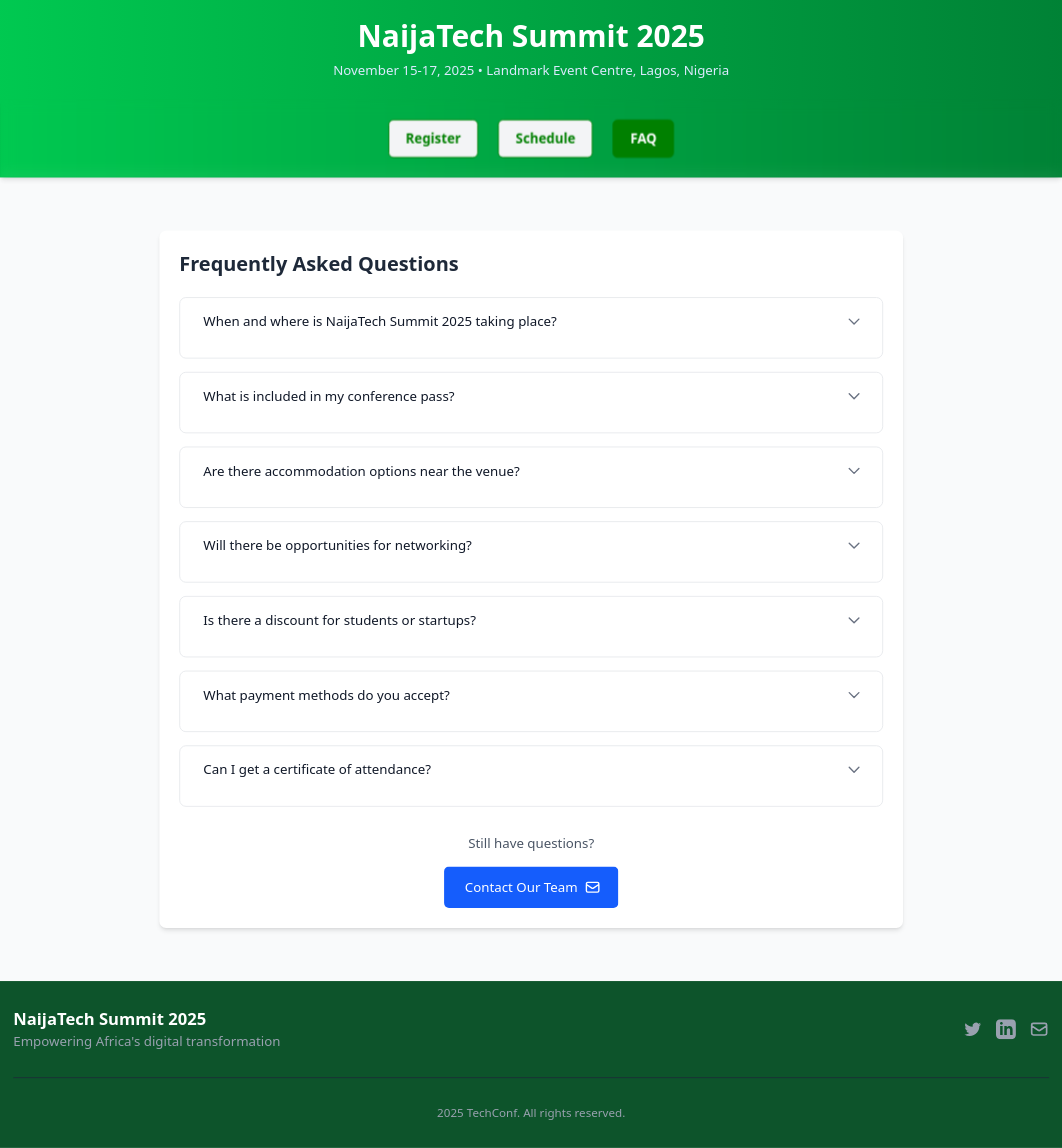
Repository: AYANO-EMMANUEL/fictional-tech-conf-event
Page: /, after clicking the first element matching `div.flex > :nth-child(3)`
The author's editor kept a copy of each file at every save. The page is drawn from the files as they stood at one save, then again after the next save.
The browser window is 1280 px wide. The pictures show the whole page, at 83% of full size.
The project was rebuilt for these pictures with package versions that can differ from the ones it lists, and the page was loaded fresh each time. Also part of the build but not shown: vite.config.ts, src/components/Schedule/Schedule.tsx.

Above is the page before, as saved 2025-08-02 11:14:31.

### index.html
<!doctype html>
<html lang="en">
  <head>
    <meta charset="UTF-8" />
    <link rel="icon" type="image/svg+xml" href="/vite.svg" />
    <link rel="stylesheet" href="/src/index.css">
    <meta name="viewport" content="width=device-width, initial-scale=1.0" />
    <title>Vite + React + TS</title>
  </head>
  <body>
    <div id="root"></div>
    <script type="module" src="/src/main.tsx"></script>
  </body>
</html>

### src/index.css
/* @import "tailwindcss/components.css";
@import "tailwindcss/preflight.css";
@import "tailwindcss/utilities.css"; */
/* @tailwind base;
@tailwind components;
@tailwind utilities; */

@import "tailwindcss";

/* Custom styles */
.btn {
  display: inline-flex;
  align-items: center;
  justify-content: center;
  font-weight: 600;
  padding: 0.625rem 1.25rem;
  border-radius: 0.375rem;
  transition: all 0.2s ease-in-out;
  cursor: pointer;
  border: 1px solid transparent;
  box-shadow: 0 1px 2px 0 rgba(0, 0, 0, 0.05);
}

.btn:focus {
  outline: 2px solid transparent;
  outline-offset: 2px;
  box-shadow: 0 0 0 3px rgba(59, 130, 246, 0.5);
}

/* Primary Button */
.btn-primary {
  /* @apply bg-nigeria-green text-white hover:bg-green-700 focus:bg-green-700 active:bg-green-800; */
  background-color: green;
  color: white;
  border-color: green;
}

.btn-primary:focus {
  outline: 2px solid transparent;
  outline-offset: 2px;
  box-shadow: 0 0 0 3px rgba(59, 130, 246, 0.5);
}

.btn-primary:hover {
  transform: translateY(-1px);
  box-shadow: 0 4px 6px -1px rgba(0, 0, 0, 0.1), 0 2px 4px -1px rgba(0, 0, 0, 0.06);
}

.btn-primary:active {
  transform: translateY(0);
}

/* Secondary button */
.btn-secondary {
  /* @apply bg-white text-nigeria-green border-2 border-nigeria-green hover:bg-green-50 focus:bg-green-50 active:bg-green-100; */
  background-color: #f3f4f6;
  color: green;
  border: 1px solid green;
}

.btn-secondary:hover {
  background-color: #e5e7eb;
  transform: translateY(-1px);
  box-shadow: 0 4px 6px -1px rgba(0, 0, 0, 0.1), 0 2px 4px -1px rgba(0, 0, 0, 0.06);
}

.btn-secondary:active {
  transform: translateY(0);
}

.card {
  background-color: white;
  border-radius: 0.5rem;
  box-shadow: 0 4px 6px -1px rgb(0 0 0 / 0.1), 0 2px 4px -2px rgb(0 0 0 / 0.1);
  overflow: hidden;
  transition-property: all;
  transition-timing-function: cubic-bezier(0.4, 0, 0.2, 1);
  transition-duration: 200ms;
}

.card:hover {
  box-shadow: 0 10px 15px -3px rgb(0 0 0 / 0.1), 0 4px 6px -4px rgb(0 0 0 / 0.1);
}

.form-input {
  width: 100%;
  padding: 0.5rem 1rem;
  border-width: 1px;
  border-color: #d1d5db;
  border-radius: 0.5rem;
  transition-property: color, background-color, border-color, text-decoration-color, fill, stroke, opacity, box-shadow, transform, filter, backdrop-filter;
  transition-timing-function: cubic-bezier(0.4, 0, 0.2, 1);
  transition-duration: 200ms;
}

.form-input:focus {
  outline: 2px solid transparent;
  outline-offset: 2px;
  --tw-ring-offset-shadow: var(--tw-ring-inset) 0 0 0 var(--tw-ring-offset-width) var(--tw-ring-offset-color);
  --tw-ring-shadow: var(--tw-ring-inset) 0 0 0 calc(2px + var(--tw-ring-offset-width)) var(--tw-ring-color);
  box-shadow: var(--tw-ring-offset-shadow), var(--tw-ring-shadow), var(--tw-shadow, 0 0 #0000);
  --tw-ring-color: rgb(59 130 246 / 0.5);
  --tw-ring-offset-width: 0px;
  border-color: transparent;
}

.form-label {
  display: block;
  color: #374151;
  font-weight: 500;
  margin-bottom: 0.25rem;
}

/* Base styles */
:root {
  font-family: system-ui, -apple-system, BlinkMacSystemFont, 'Segoe UI', Roboto, 'Helvetica Neue', Arial, sans-serif;
  line-height: 1.5;
  font-weight: 400;
  color: #1a1a1a;
  background-color: #f9fafb;
  font-synthesis: none;
  text-rendering: optimizeLegibility;
  -webkit-font-smoothing: antialiased;
  -moz-osx-font-smoothing: grayscale;
}

/* Animations */
@keyframes fadeIn {
  from { opacity: 0; transform: translateY(10px); }
  to { opacity: 1; transform: translateY(0); }
}

.animate-fade-in {
  animation: fadeIn 0.3s ease-out forwards;
}

### src/main.tsx
import React from 'react';
import { createRoot } from 'react-dom/client';
import App from './App';
import './index.css';

const container = document.getElementById('root');
if (!container) throw new Error('Failed to find the root element');
const root = createRoot(container);

root.render(
  <React.StrictMode>
    <App />
  </React.StrictMode>
);

### src/App.tsx
import { useState } from 'react';
import { RegistrationForm } from './components/Form/RegistrationForm';
import Schedule from './components/Schedule/Schedule';
import FAQ from './components/FAQ/FAQ';

function App() {
  const [activeSection, setActiveSection] = useState<'register' | 'schedule' | 'faq'>('register');

  return (
    <div className="min-h-screen bg-gray-50">
      {/* Header */}
      <header className="bg-gradient-to-r text-center from-green-500 to-green-700 text-white shadow-lg">
        <div className="container mx-auto px-4 py-6">
          <h1 className="text-3xl md:text-4xl font-bold mb-2">NaijaTech Summit 2025</h1>
          <p className="text-blue-100">November 15-17, 2025 • Landmark Event Centre, Lagos, Nigeria</p>
        </div>

        {/* Navigation */}
        <nav className="bg-nigeria-green/90 backdrop-blur-sm shadow-md">
          <div className="container mx-auto px-4">
            <div className="flex flex-col justify-center sm:flex-row space-y-2 sm:space-y-0 sm:space-x-6 py-6">
              <button
                onClick={() => setActiveSection('register')}
                className={`btn ${activeSection === 'register'
                  ? 'btn-primary'
                  : 'btn-secondary'}`}
              >
                Register
              </button>
              <button
                onClick={() => setActiveSection('schedule')}
                className={`btn ${activeSection === 'schedule'
                  ? 'btn-primary'
                  : 'btn-secondary'}`}
              >
                Schedule
              </button>
              <button
                onClick={() => setActiveSection('faq')}
                className={`btn ${activeSection === 'faq'
                  ? 'btn-primary'
                  : 'btn-secondary'}`}
              >
                FAQ
              </button>
            </div>
          </div>
        </nav>
      </header>

      {/* Hero Section */}
      {activeSection === 'register' && (
        <section className="py-12 md:py-20 bg-gradient-to-b from-nigeria-greenLight to-white">
          <div className="container mx-auto px-4">
            <div className="max-w-4xl mx-auto text-center mb-12">
              <h2 className="text-3xl md:text-4xl font-bold text-gray-900 mb-4">
                Empowering Africa's Digital Future
              </h2>
              <p className="text-xl text-gray-600">
                Three days of innovation, tech leadership, and networking with Africa's brightest tech minds. Featuring local and international speakers.
              </p>
            </div>
            <RegistrationForm onSuccess={() => setActiveSection('schedule')} />
          </div>
        </section>
      )}

      {/* Schedule Section */}
      {activeSection === 'schedule' && (
        <section className="py-12 md:py-16 bg-white">
          <main className="container mx-auto px-4 py-8">
            <Schedule />
          </main>
        </section>
      )}

      {/* FAQ Section */}
      {activeSection === 'faq' && (
        <section className="py-12 md:py-16 bg-gray-50">
          <div className="container mx-auto px-4">
            <FAQ />
          </div>
        </section>
      )}

      {/* Footer */}
      <footer className="bg-green-900 text-white py-8">
        <div className="container mx-auto px-4">
          <div className="flex flex-col md:flex-row justify-between items-center">
            <div className="mb-4 md:mb-0">
              <h3 className="text-xl font-bold">NaijaTech Summit 2025</h3>
              <p className="text-gray-400">Empowering Africa's digital transformation</p>
            </div>
            <div className="flex space-x-4">
              <a href="#" className="text-gray-400 hover:text-white transition-colors">
                <span className="sr-only">Twitter</span>
                <svg className="h-6 w-6" fill="currentColor" viewBox="0 0 24 24" aria-hidden="true">
                  <path d="M8.29 20.251c7.547 0 11.675-6.253 11.675-11.675 0-.178 0-.355-.012-.53A8.348 8.348 0 0022 5.92a8.19 8.19 0 01-2.357.646 4.118 4.118 0 001.804-2.27 8.224 8.224 0 01-2.605.996 4.107 4.107 0 00-6.993 3.743 11.65 11.65 0 01-8.457-4.287 4.106 4.106 0 001.27 5.477A4.072 4.072 0 012.8 9.713v.052a4.105 4.105 0 003.292 4.022 4.095 4.095 0 01-1.853.07 4.108 4.108 0 003.834 2.85A8.233 8.233 0 012 18.407a11.616 11.616 0 006.29 1.84" />
                </svg>
              </a>
              <a href="#" className="text-gray-400 hover:text-white transition-colors">
                <span className="sr-only">LinkedIn</span>
                <svg className="h-6 w-6" fill="currentColor" viewBox="0 0 24 24" aria-hidden="true">
                  <path fillRule="evenodd" d="M19 0h-14c-2.761 0-5 2.239-5 5v14c0 2.761 2.239 5 5 5h14c2.762 0 5-2.239 5-5v-14c0-2.761-2.238-5-5-5zm-11 19h-3v-11h3v11zm-1.5-12.268c-.966 0-1.75-.79-1.75-1.764s.784-1.764 1.75-1.764 1.75.79 1.75 1.764-.783 1.764-1.75 1.764zm13.5 12.268h-3v-5.604c0-3.368-4-3.113-4 0v5.604h-3v-11h3v1.765c1.396-2.586 7-2.777 7 2.476v6.759z" clipRule="evenodd" />
                </svg>
              </a>
              <a href="mailto:info@techconf.com" className="text-gray-400 hover:text-white transition-colors">
                <span className="sr-only">Email</span>
                <svg className="h-6 w-6" fill="none" stroke="currentColor" viewBox="0 0 24 24" xmlns="http://www.w3.org/2000/svg">
                  <path strokeLinecap="round" strokeLinejoin="round" strokeWidth={2} d="M3 8l7.89 5.26a2 2 0 002.22 0L21 8M5 19h14a2 2 0 002-2V7a2 2 0 00-2-2H5a2 2 0 00-2 2v10a2 2 0 002 2z" />
                </svg>
              </a>
            </div>
          </div>
          <div className="mt-8 pt-8 border-t border-gray-800 text-center text-gray-400 text-sm">
            <p> {new Date().getFullYear()} TechConf. All rights reserved.</p>
          </div>
        </div>
      </footer>
    </div>
  );
}

export default App;

### src/components/FAQ/FAQ.tsx
import { useState } from 'react';

interface FAQItem {
  id: number;
  question: string;
  answer: string;
}

export const FAQ = () => {
  const [openIndex, setOpenIndex] = useState<number | null>(null);

  const faqs: FAQItem[] = [
    {
      id: 1,
      question: 'When and where is NaijaTech Summit 2025 taking place?',
      answer: 'NaijaTech Summit 2025 will be held from November 15-17, 2025 at the Landmark Event Centre in Victoria Island, Lagos, Nigeria.'
    },
    {
      id: 2,
      question: 'What is included in my conference pass?',
      answer: 'Your pass includes access to all keynotes, workshops, panel discussions, networking sessions, breakfast and lunch on all three days, conference materials, and exclusive access to the event app.'
    },
    {
      id: 3,
      question: 'Are there accommodation options near the venue?',
      answer: 'Yes, we have partnered with several hotels in Victoria Island offering special rates for attendees. Check our website for the full list of partner hotels and booking codes.'
    },
    {
      id: 4,
      question: 'Will there be opportunities for networking?',
      answer: 'Absolutely! We have dedicated networking sessions, roundtable discussions, and social events scheduled throughout the summit to connect you with industry leaders and fellow tech enthusiasts.'
    },
    {
      id: 5,
      question: 'Is there a discount for students or startups?',
      answer: 'Yes, we offer a 30% discount for students with valid ID and early-stage startups (less than 2 years old). Contact registration@naijatechsummit.ng for verification and discount code.'
    },
    {
      id: 6,
      question: 'What payment methods do you accept?',
      answer: 'We accept all major credit/debit cards, bank transfers, and mobile money. For local transfers within Nigeria, please use the bank details provided during registration.'
    },
    {
      id: 7,
      question: 'Can I get a certificate of attendance?',
      answer: 'Yes, all registered attendees who attend at least 80% of the sessions will receive a digital certificate of attendance via email within one week after the event.'
    }
  ];

  const toggleAccordion = (index: number) => {
    setOpenIndex(openIndex === index ? null : index);
  };

  return (
    <div className="bg-white shadow-md rounded-lg p-6 max-w-4xl mx-auto transition-all duration-300 hover:shadow-xl">
      <h2 className="text-2xl font-bold text-gray-800 mb-6">Frequently Asked Questions</h2>

      <div className="space-y-4">
        {faqs.map((faq, index) => (
          <div
            key={faq.id}
            className="border border-gray-200 rounded-lg overflow-hidden transition-all duration-200"
          >
            <button
              className={`w-full px-6 py-4 text-left cursor-pointer flex justify-between items-center focus:outline-none transition-all duration-200 transform hover:scale-[1.005] ${
                openIndex === index
                  ? 'bg-gradient-to-r from-green-50 to-green-100 border-l-4 border-green-500 -ml-1 pl-5'
                  : 'hover:bg-gray-50 hover:pl-5 hover:-ml-1 border-l-4 border-transparent'
              }`}
              onClick={() => toggleAccordion(index)}
              aria-expanded={openIndex === index}
              aria-controls={`faq-content-${faq.id}`}
            >
              <span className="font-medium text-gray-900">{faq.question}</span>
              <svg
                className={`w-5 h-5 text-gray-500 transform transition-transform duration-200 ${
                  openIndex === index ? 'rotate-180' : ''
                }`}
                fill="none"
                viewBox="0 0 24 24"
                stroke="currentColor"
              >
                <path
                  strokeLinecap="round"
                  strokeLinejoin="round"
                  strokeWidth={2}
                  d="M19 9l-7 7-7-7"
                />
              </svg>
            </button>

            <div
              id={`faq-content-${faq.id}`}
              className={`px-6 pb-4 pt-0 text-gray-600 overflow-hidden transition-all duration-300 ease-in-out ${
                openIndex === index
                  ? 'max-h-96 opacity-100 transform translate-y-0'
                  : 'max-h-0 opacity-0 transform -translate-y-2'
              }`}
              aria-hidden={openIndex !== index}
            >
              <div className="pb-2">{faq.answer}</div>
            </div>
          </div>
        ))}
      </div>

      <div className="mt-8 text-center">
        <p className="text-gray-600 mb-4">Still have questions?</p>
        <a
          href="mailto:info@techconf.com"
          className="inline-flex items-center px-6 py-3 border border-transparent text-base font-medium rounded-md text-white bg-blue-600 hover:bg-blue-700 transition-colors duration-200"
        >
          Contact Our Team
          <svg
            className="ml-2 -mr-1 w-5 h-5"
            fill="none"
            stroke="currentColor"
            viewBox="0 0 24 24"
            xmlns="http://www.w3.org/2000/svg"
          >
            <path
              strokeLinecap="round"
              strokeLinejoin="round"
              strokeWidth={2}
              d="M3 8l7.89 5.26a2 2 0 002.22 0L21 8M5 19h14a2 2 0 002-2V7a2 2 0 00-2-2H5a2 2 0 00-2 2v10a2 2 0 002 2z"
            />
          </svg>
        </a>
      </div>
    </div>
  );
};

export default FAQ;

Loaded but not shown: src/components/Form/RegistrationForm.tsx (246 lines, source omitted)

After the next save:
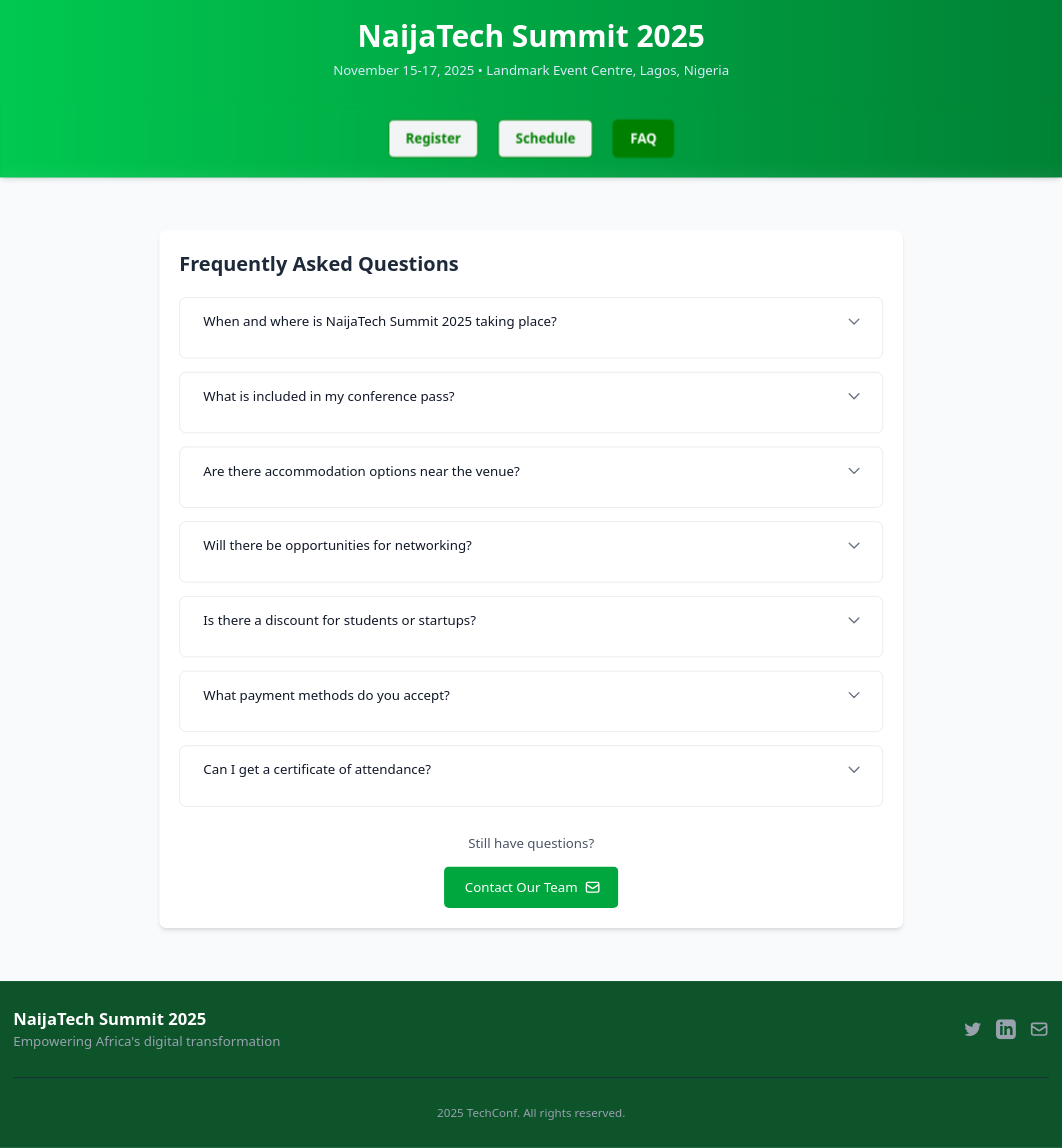
Saved 21 s later.
--- a/src/components/FAQ/FAQ.tsx
+++ b/src/components/FAQ/FAQ.tsx
@@ -108,7 +108,7 @@ export const FAQ = () => {
         <p className="text-gray-600 mb-4">Still have questions?</p>
         <a
           href="mailto:info@techconf.com"
-          className="inline-flex items-center px-6 py-3 border border-transparent text-base font-medium rounded-md text-white bg-blue-600 hover:bg-blue-700 transition-colors duration-200"
+          className="inline-flex items-center px-6 py-3 border border-transparent text-base font-medium rounded-md text-white bg-green-600 hover:bg-green-700 transition-colors duration-200"
         >
           Contact Our Team
           <svg
